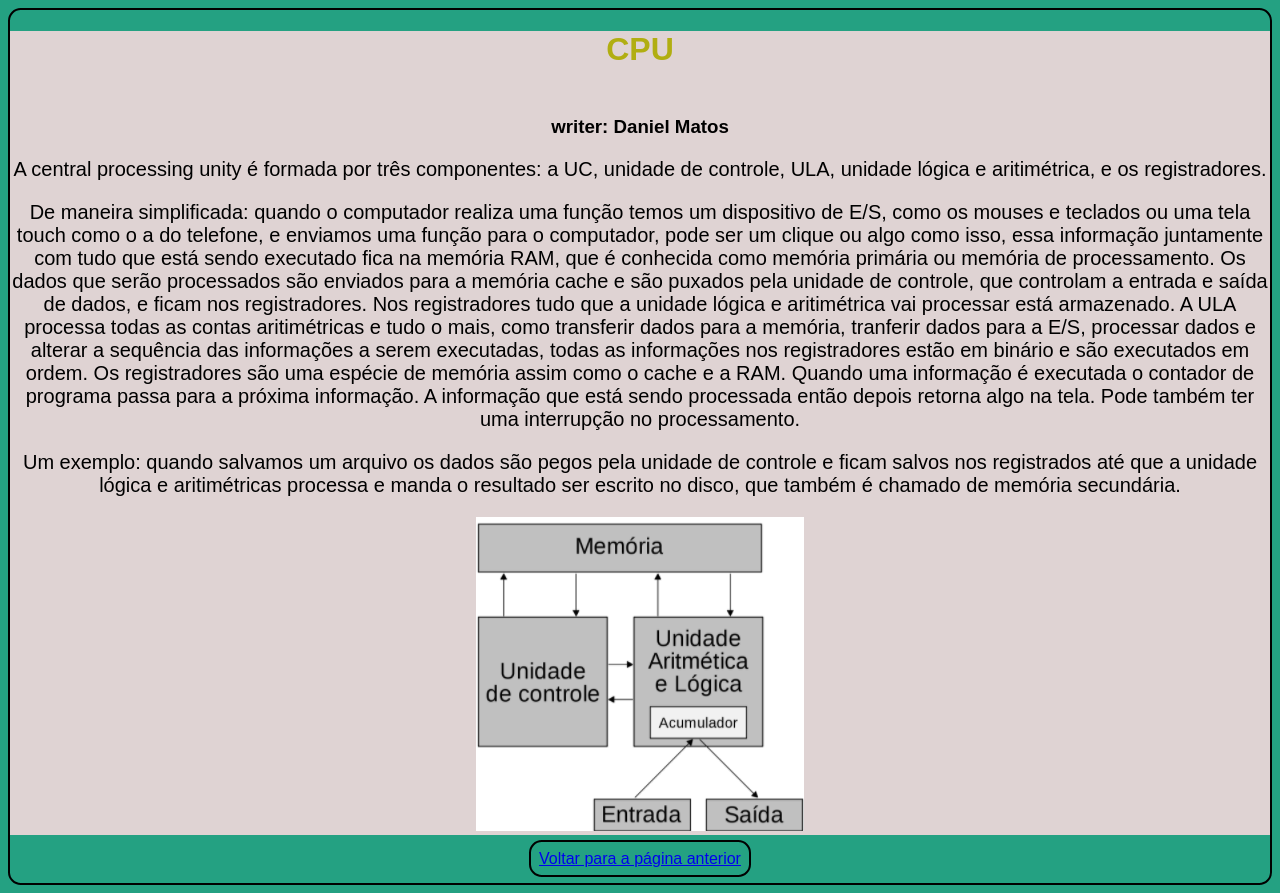
Repository: batmit/FutureFundation.github.io-1
Page: menu/articles/computation/cpu.html
An editor plug-in stored every save of this project. The page is shown before and after the next save, followed by the edit.
The browser window is 1280 px wide. The pictures show the whole page.

Above is the page before, as saved 2021-09-23 18:22:32.

### menu/articles/computation/cpu.html
<!DOCTYPE html>
<html lang="pt-BR">
<head>
    <meta charset="UTF-8">
    <meta http-equiv="X-UA-Compatible" content="IE=edge">
    <meta name="viewport" content="width=device-width, initial-scale=1.0">
    <title>CPU</title>
    <link rel="stylesheet" href="/menu/main.css">
</head>
<body>
    <div id="all">
        <header>
            <h1>CPU</h1>
            <h3>writer: Daniel Matos</h3>
        </header>

        <p>A central processing unity é formada por três componentes: a UC, unidade de controle, ULA, unidade lógica e aritimétrica, e os registradores. </p>

        <p>De maneira simplificada: quando o computador realiza uma função temos um dispositivo de E/S, como os mouses e teclados ou uma tela touch como o a do telefone, e enviamos uma função para o computador, pode ser um clique ou algo como isso, essa informação juntamente com tudo que está sendo executado fica na memória RAM, que é conhecida como memória primária ou memória de processamento. Os dados que serão processados são enviados para a memória cache e são puxados pela unidade de controle, que controlam a entrada e saída de dados, e ficam nos registradores. Nos registradores tudo que a unidade lógica e aritimétrica vai processar está armazenado. A  ULA processa todas as contas aritimétricas e tudo o mais, como transferir dados para a memória, tranferir dados para a E/S, processar dados e alterar a sequência das informações a serem executadas, todas as informações nos registradores estão em binário e são executados em ordem. Os registradores são uma espécie de memória assim como o cache e a RAM. Quando uma informação é executada o contador de programa passa para a próxima informação. A informação que está sendo processada então depois retorna algo na tela. Pode também ter uma interrupção no processamento.  </p>

        <p>Um exemplo: quando salvamos um arquivo os dados são pegos pela unidade de controle e ficam salvos nos registrados até que a unidade lógica e aritimétricas processa e manda o resultado ser escrito no disco, que também é chamado de memória secundária. </p>

        <img src="/images/CPU.PNG" alt="CPU">



    </div>



    <a href="./computação.html">Voltar para a página anterior</a>

</body>
</html>

### menu/main.css
body{

    text-align: center;

    border: black 2px solid;

    border-radius: 0.8rem;

    font-family: 'Ubuntu', arial;

    background-color: rgb(36, 161, 130);


}

#articles {
    gap: 3px;
}

#all{

    background-color: rgb(223, 211, 211);

}


#codigo{
    text-align:left;

}


img{
    text-align: center;
    justify-content: center;

}

p{
    font-size: 20px;
    font-family: 'Ubuntu', arial;
}

a{
    border: 2px solid black;

    border-radius: 0.8rem;

    box-sizing: border-box;

    padding: 0.5rem;

    line-height:3rem;

    margin: 2px;


}

a:hover{

    background-color:#F0FFFF;

}

h1{

    margin-bottom: 3rem;

    color: rgb(177, 174, 17);

}

audio {
    -webkit-transition:all 0.5s linear;
    -moz-transition:all 0.5s linear;
    -o-transition:all 0.5s linear;
    transition:all 0.5s linear;
    -moz-box-shadow: 2px 2px 4px 0px #006773;
    -webkit-box-shadow:  2px 2px 4px 0px #006773;
    box-shadow: 2px 2px 4px 0px #006773;
    -moz-border-radius:7px 7px 7px 7px ;
    -webkit-border-radius:7px 7px 7px 7px ;
    border-radius:7px 7px 7px 7px ;
}

audio:hover, audio:focus, audio:active {

-webkit-box-shadow: 15px 15px 20px rgba(0,0, 0, 0.4);
-moz-box-shadow: 15px 15px 20px rgba(0,0, 0, 0.4);
box-shadow: 15px 15px 20px rgba(0,0, 0, 0.4);
-webkit-transform: scale(1.05);
-moz-transform: scale(1.05);
transform: scale(1.05);

}



@media (max-width: 900px) {


    a{

        display: block;
        line-height: 0.5rem;
        padding: 1rem;

    }

    #img{
        text-align: right;
    }

}

@media (prefers-color-scheme: dark) {
    #all{

        background-color: rgb(90, 73, 73);

    }

    h1{
        color: white
    }

    p{
        color: white;
    }

    a{
        background-color: aqua;
    }

    h3{
        color: white;
    }

    strong {
        color: white;
    }


}

After the next save:
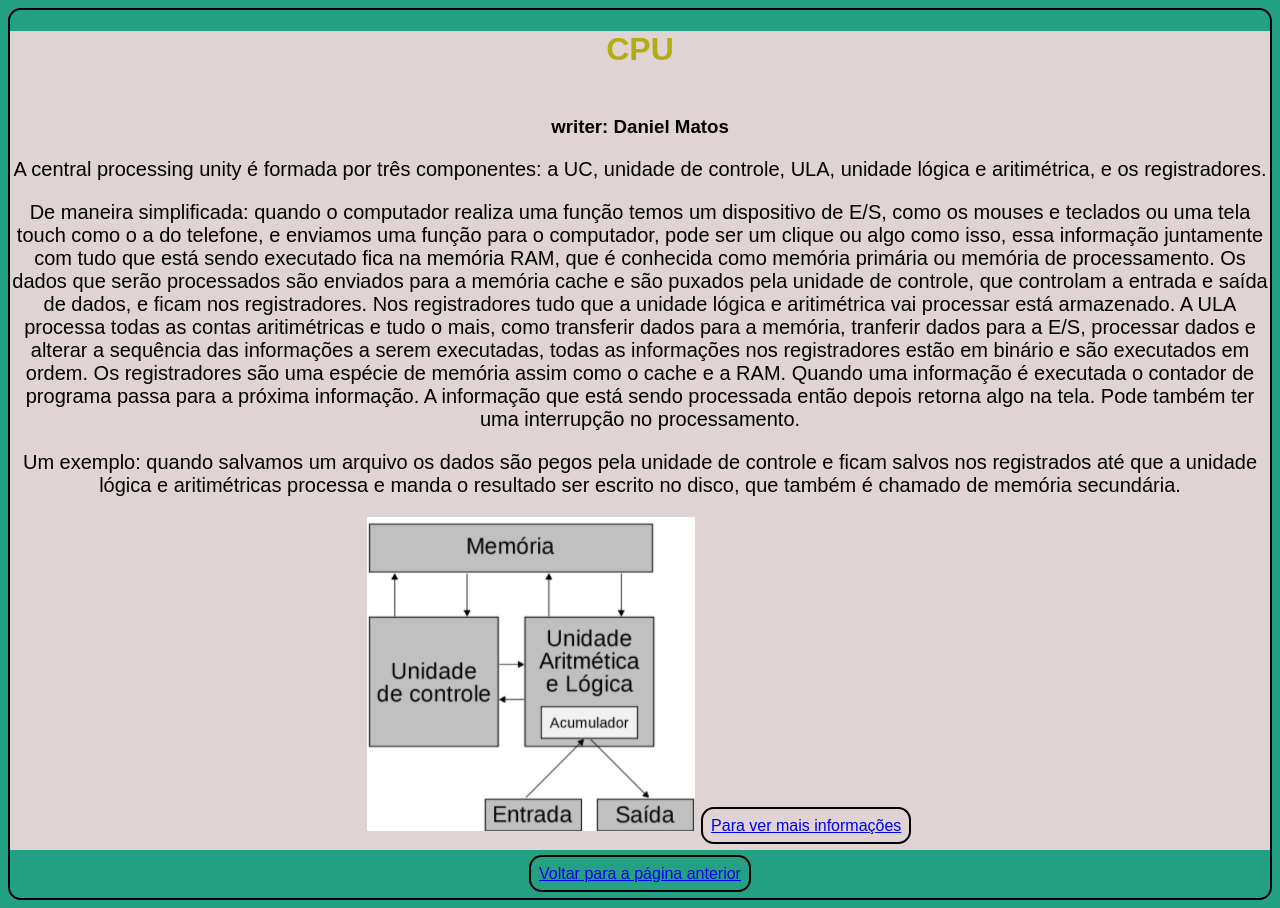
Saved 37 s later.
--- a/menu/articles/computation/cpu.html
+++ b/menu/articles/computation/cpu.html
@@ -22,6 +22,8 @@
 
         <img src="/images/CPU.PNG" alt="CPU">
 
+        <a href="http://cecead.com/assuntos/disciplinas/arquitetura-de-computadores/aula-03-arquitetura-de-computadores/">Para ver mais informações</a>
+
 
 
     </div>
